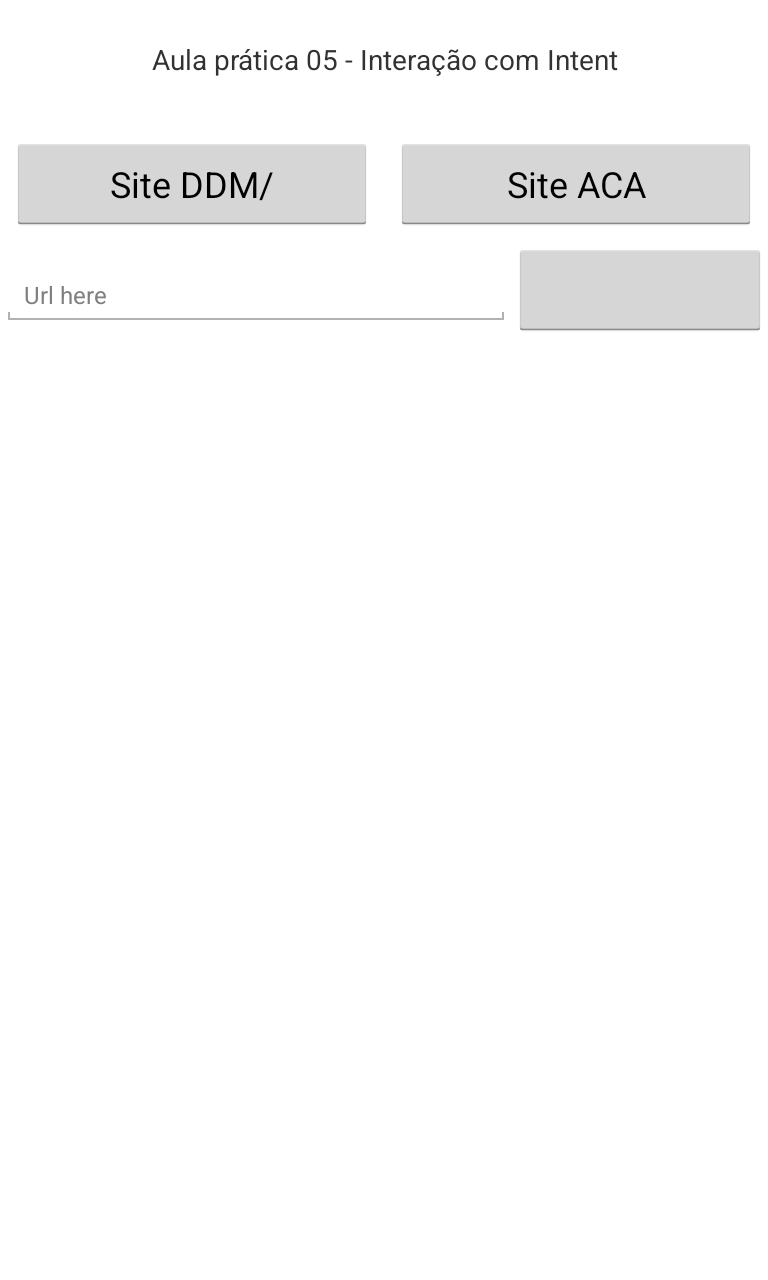
Repository: gokugohan/ddm
Layout: Aulas/res/layout/fragment_aula05.xml
These files come from the project's save history. The layout is drawn as it stood at one moment and after the next save; the edit follows.
It is drawn on a 768 x 1280 px phone screen (xhdpi) without system bars, with theme AppTheme; the app's code is not run.

Above is the layout before, as saved 2014-11-03 11:44:49.

After the next save:
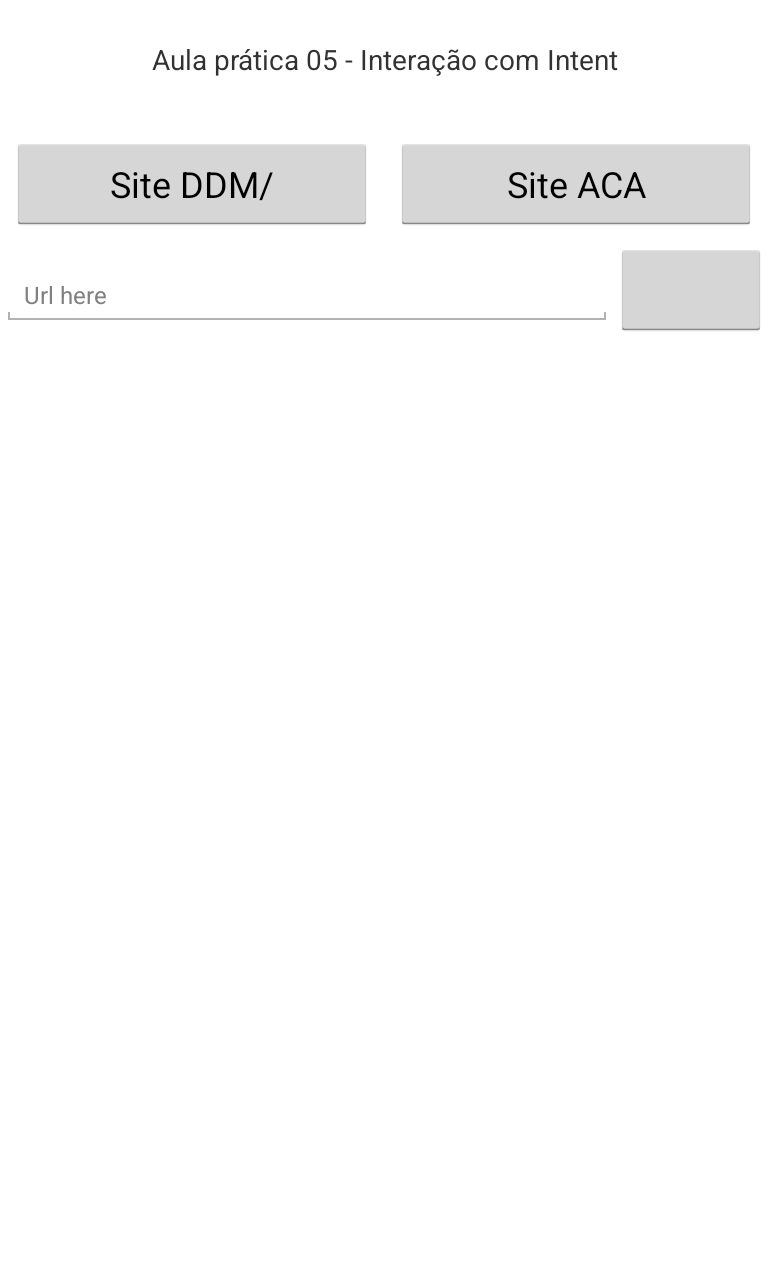
Saved 11 s later.
--- a/Aulas/res/layout/fragment_aula05.xml
+++ b/Aulas/res/layout/fragment_aula05.xml
@@ -51,7 +51,7 @@
 
         <Button android:id="@+id/id_btn_site3"
             android:layout_width="0dp"
-            android:layout_weight="1"
+            android:layout_weight="0.5"
             android:layout_height="wrap_content"/>
 
     </LinearLayout>
